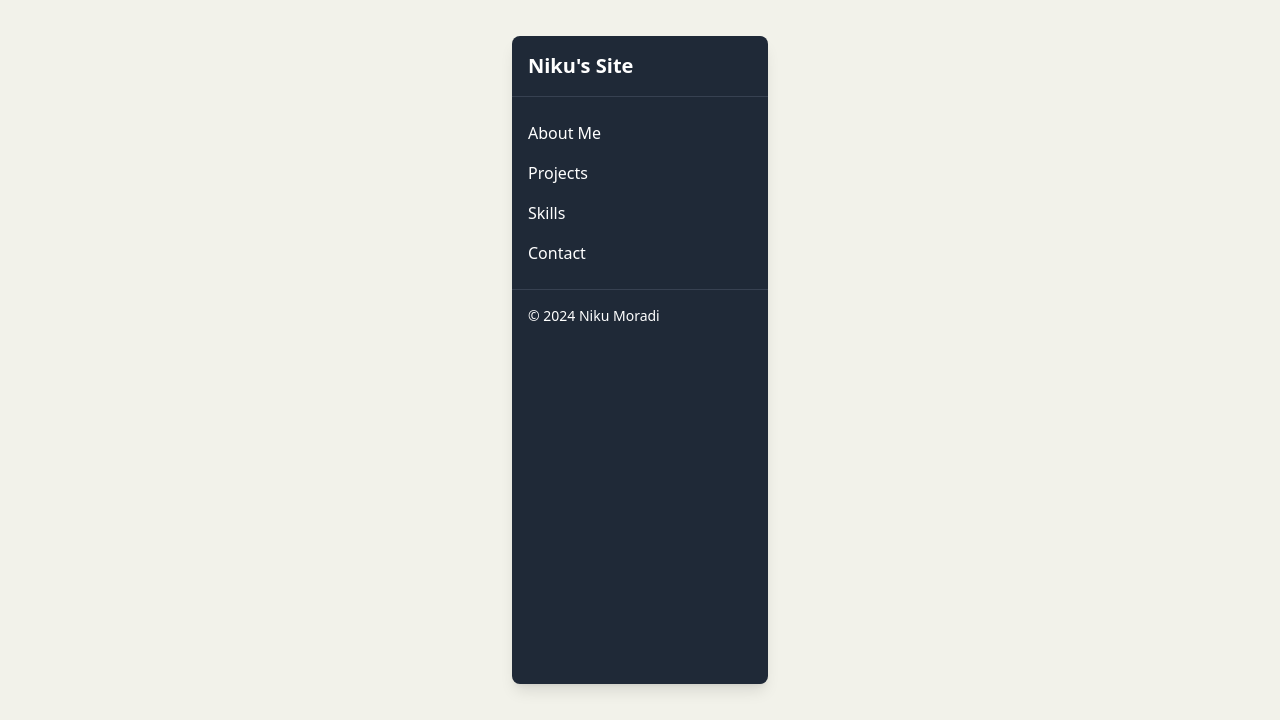
Repository: NikuMoradi/niku-moradi
Page: /About
These files come from the project's save history. The page is drawn as it stood at one moment and after the next save; the edit follows.
The browser window is 1280 px wide. The pictures show the whole page.
The project was rebuilt for these pictures with package versions that can differ from the ones it lists, and the page was loaded fresh each time. The framework's server and built-in components were replaced by stand-ins that run in the browser. Also part of the build but not shown: nuxt.config.ts, components/Blog Posts/Component-Design.vue, components/Blog.vue, components/Contact.vue, components/Education.vue, components/Experience.vue, components/Hero.vue, components/Menu.vue and 6 more.

Above is the page before, as saved 2024-11-28 10:13:50.

After the next save:
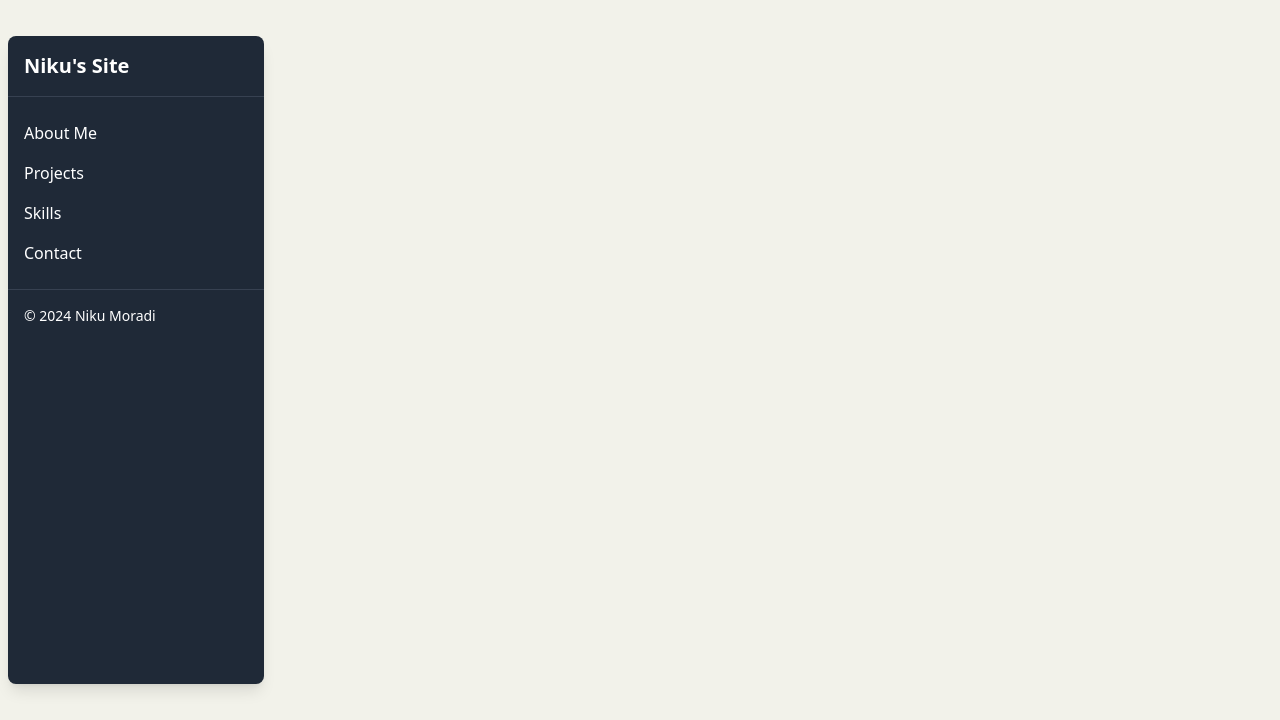
Saved 21 s later.
--- a/components/LeftPanel.vue
+++ b/components/LeftPanel.vue
@@ -1,5 +1,5 @@
 <template>
-  <div class="flex items-center justify-center h-screen">
+  <div class="flex items-center h-screen">
     <div class="bg-gray-800 text-white h-[90vh] w-64 mx-2 rounded-lg shadow-lg">
       <div class="p-4 border-b border-gray-700">
         <h1 class="text-xl font-bold">Niku's Site</h1>
